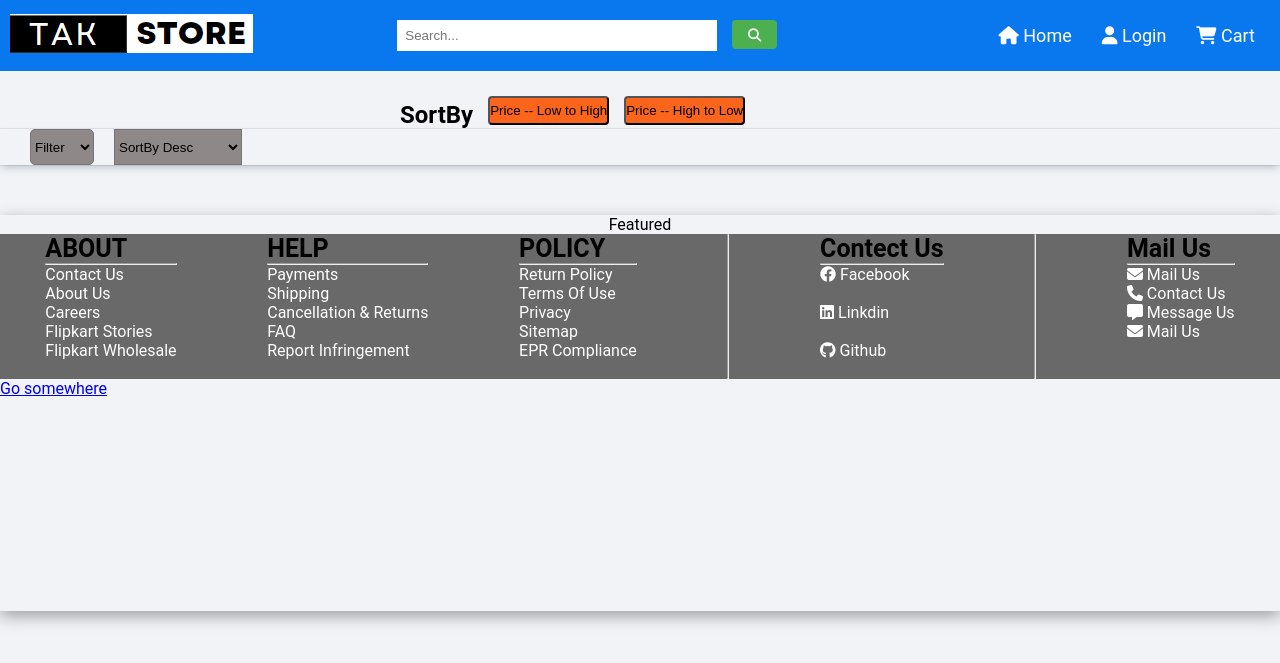
Repository: MSaifKhan01/TAK-Store
Page: PROJECT_Front/appliances.html
These files come from the project's save history. The page is drawn as it stood at one moment and after the next save; the edit follows.
The browser window is 1280 px wide. The pictures show the whole page.
The page's requests for data from a server got no answer.

Above is the page before, as saved 2023-07-22 02:07:23.
Console error: TypeError: Cannot read properties of null (reading 'append')

After the next save:
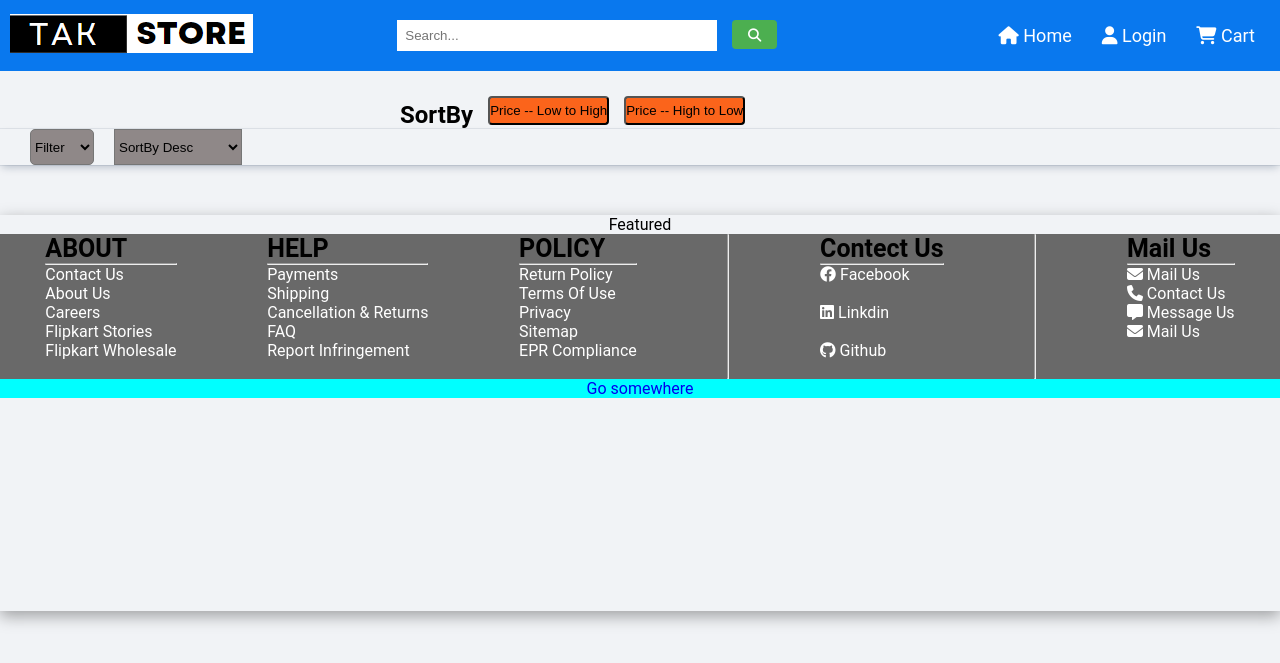
Saved 103 s later.
--- a/PROJECT_Front/appliances.html
+++ b/PROJECT_Front/appliances.html
@@ -198,7 +198,7 @@
         </div>
 
         <div class="card-body">
-          <a href="#" class="btn btn-primary">Go somewhere</a>
+          <a href="#" class="btn btn-primary" style="display: flex;justify-content: center;text-decoration: none;background-color: aqua;">Go somewhere</a>
         </div>
       </div>
 </body>
